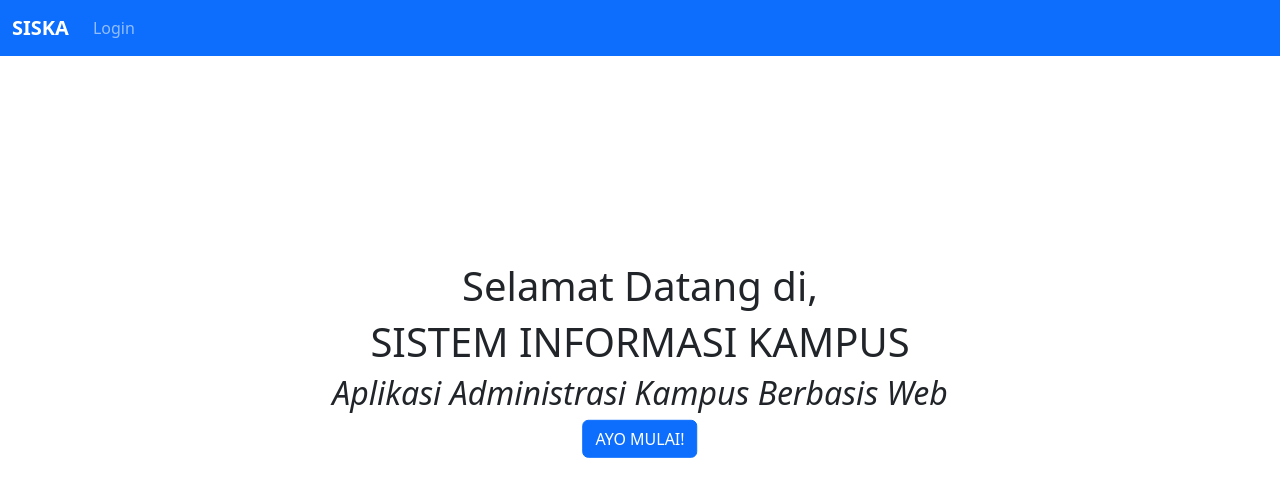
Repository: WiraAtma/administrasi-kampus
Page: http://localhost/
The author's editor kept a copy of each file at every save. The page is drawn from the files as they stood at one save, then again after a run of saves.
The browser window is 1280 px wide. The pictures show the whole page.
The page is served by the project's Laravel application, run on PHP 8.4 with Laravel 12. Other server files are loaded and not shown.

Above is the page before, as saved 2024-10-25 15:29:43.

### routes/web.php
<?php

use App\Http\Controllers\AuthController;
use App\Http\Controllers\FakultasController;
use App\Http\Controllers\MahasiswaController;
use App\Http\Controllers\ProdiController;
use App\Http\Middleware\AdminAccess;
use App\Http\Middleware\DosenAccess;
use Illuminate\Support\Facades\Route;

Route::get('/', function() {
    return view('home');
});

Route::get('/login', [AuthController::class, 'login'])->name('login')->middleware('guest');
Route::post('/login', [AuthController::class, 'authenticing'])->middleware('guest');
Route::get('/logout', [AuthController::class, 'logout']);

Route::get('/mahasiswa', [MahasiswaController::class, 'index'])->middleware('auth');
Route::get('/mahasiswa-detail/{id}', [MahasiswaController::class, 'show'])->middleware('auth');
Route::get('/mahasiswa-create', [MahasiswaController::class, 'create'])->middleware([AdminAccess::class]);
Route::post('/filter-mahasiswa', [MahasiswaController::class, 'store'])->middleware([AdminAccess::class]);
Route::get('/mahasiswa-edit/{id}', [MahasiswaController::class, 'edit'])->middleware([DosenAccess::class]);
Route::put('/filter-mahasiswa/{id}', [MahasiswaController::class, 'update'])->middleware([DosenAccess::class]);
Route::get('/mahasiswa-delete/{id}', [MahasiswaController::class, 'delete'])->middleware([AdminAccess::class]);
Route::delete('/filter-delete-mahasiswa/{id}', [MahasiswaController::class, 'destroy'])->middleware([AdminAccess::class]);
Route::get('/mahasiswa-temporary', [MahasiswaController::class, 'mahasiswaDeleted'])->middleware([AdminAccess::class]);
Route::get('/filter-restore-mahasiswa/{id}', [MahasiswaController::class, 'restore'])->middleware([AdminAccess::class]);

Route::get('/prodi', [ProdiController::class, 'index'])->middleware('auth');
Route::get('/prodi-detail/{id}', [ProdiController::class, 'show'])->middleware('auth');
Route::get('/prodi-create', [ProdiController::class, 'create'])->middleware([AdminAccess::class]);
Route::post('/filter-prodi', [ProdiController::class, 'store'])->middleware([AdminAccess::class]);
Route::get('/prodi-edit/{id}', [ProdiController::class, 'edit'])->middleware([DosenAccess::class]);
Route::post('/filter-prodi/{id}', [ProdiController::class, 'update'])->middleware([DosenAccess::class]);
Route::get('/prodi-delete/{id}', [ProdiController::class, 'delete'])->middleware([AdminAccess::class]);
Route::delete('/filter-delete-prodi/{id}', [ProdiController::class, 'destroy'])->middleware(AdminAccess::class);
Route::get('/prodi-temporary', [ProdiController::class, 'prodiDeleted'])->middleware([AdminAccess::class]);
Route::get('/filter-restore-prodi/{id}', [ProdiController::class, 'restore'])->middleware([AdminAccess::class]);

Route::get('/fakultas', [FakultasController::class, 'index'])->middleware('auth');

### resources/views/home.blade.php
@extends('layouts.mainLayouts')

@section('title', 'Beranda')

@section('content')
<div class="container d-flex">
    <div class="wrapper position-absolute top-50 start-50 translate-middle text-center">
        <h1>Selamat Datang di, </h1>
        <h1>SISTEM INFORMASI KAMPUS</h1>
        <h2><i>Aplikasi Administrasi Kampus Berbasis Web</i></h2>
        <a class="btn btn-primary" href="">AYO MULAI!</a>
    </div>

</div>

@endsection

### resources/views/layouts/mainLayouts.blade.php
<!DOCTYPE html>
<html lang="en">
<head>
    <meta charset="UTF-8">
    <meta name="viewport" content="width=device-width, initial-scale=1.0">
    <meta http-equiv="X-UA-Compatible" content="ie=edge">
    <title>SISKA | @yield('title')</title>
    <link href="https://cdn.jsdelivr.net/npm/bootstrap@5.3.3/dist/css/bootstrap.min.css" rel="stylesheet" integrity="sha384-QWTKZyjpPEjISv5WaRU9OFeRpok6YctnYmDr5pNlyT2bRjXh0JMhjY6hW+ALEwIH" crossorigin="anonymous">
</head>
<body>
    <nav class="navbar sticky-top bg-primary navbar-expand-lg" data-bs-theme="dark">
        <div class="container-fluid">
          <a class="navbar-brand" href="/" style="font-weight: bold">SISKA</a>
          <button class="navbar-toggler" type="button" data-bs-toggle="collapse" data-bs-target="#navbarTogglerDemo02" aria-controls="navbarTogglerDemo02" aria-expanded="false" aria-label="Toggle navigation">
            <span class="navbar-toggler-icon"></span>
          </button>
          <div class="collapse navbar-collapse" id="navbarTogglerDemo02">
            @if(auth()->check() && auth()->user()->name != '')
              <ul class="navbar-nav me-auto mb-2 mb-lg-0">
                <li class="nav-item">
                  <a class="nav-link {{ request()->is('/') ? 'active' : ''}}" href="/">Beranda</a>
                </li>
                <li class="nav-item">
                  <a class="nav-link {{ request()->is('mahasiswa') ? 'active' : ''}}" href="/mahasiswa">Mahasiswa</a>
                </li>
                <li class="nav-item">
                  <a class="nav-link {{ request()->is('prodi') ? 'active' : ''}}" href="/prodi">Program Studi</a>
                </li>
                <li class="nav-item">
                  <a class="nav-link {{ request()->is('fakultas') ? 'active' : ''}}" href="/fakultas">Fakultas Kampus</a>
                </li>
              </ul>
            @else
            @endif
            <ul class="navbar-nav">
              <li class="nav-item">
                @if(auth()->check() && auth()->user()->name != '')
                  <a href="/logout" class="nav-link">Logout</a>
                @else
                  <a href="/login" class="nav-link">Login</a>
                @endif
              </li>
            </ul>
          </div>
        </div>
    </nav>
    <div class="container mt-4">
        @yield('content')
    </div>
    <script src="https://cdn.jsdelivr.net/npm/bootstrap@5.3.3/dist/js/bootstrap.bundle.min.js" integrity="sha384-YvpcrYf0tY3lHB60NNkmXc5s9fDVZLESaAA55NDzOxhy9GkcIdslK1eN7N6jIeHz" crossorigin="anonymous"></script>
</body>
</html>

After the next 2 saves:
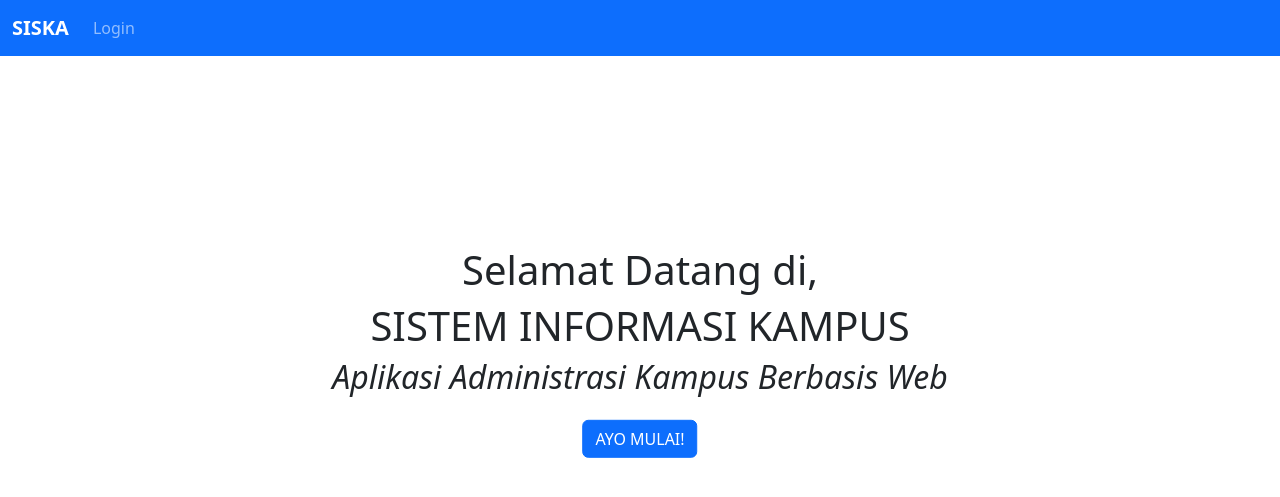
The 2 saves are shown as one change because they came seconds apart.
The last was saved 29 s later.
--- a/resources/views/home.blade.php
+++ b/resources/views/home.blade.php
@@ -8,7 +8,7 @@
         <h1>Selamat Datang di, </h1>
         <h1>SISTEM INFORMASI KAMPUS</h1>
         <h2><i>Aplikasi Administrasi Kampus Berbasis Web</i></h2>
-        <a class="btn btn-primary" href="">AYO MULAI!</a>
+        <a class="btn btn-primary my-3" href="">AYO MULAI!</a>
     </div>
 
 </div>
